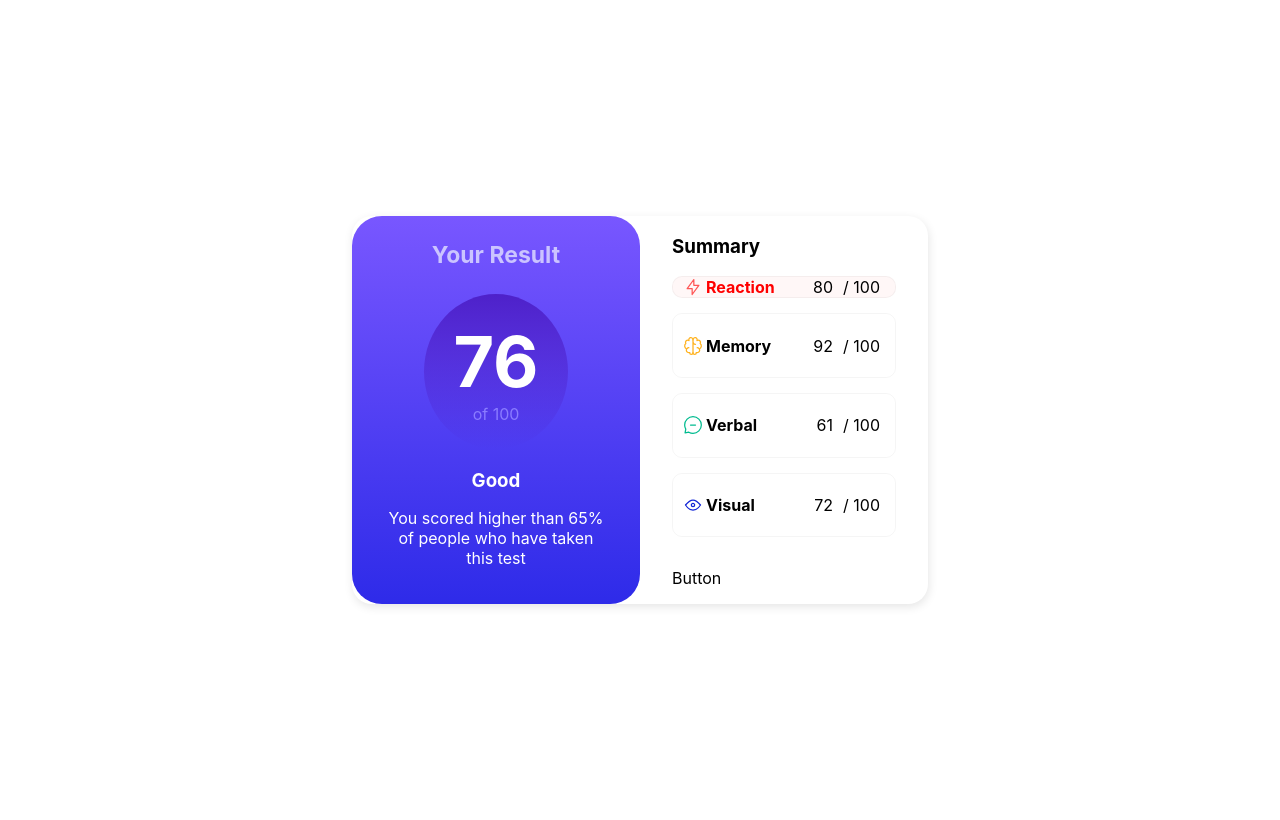
Repository: JeanPaulBassil/Result-Summary-Design
Page: /
The author's editor kept a copy of each file at every save. The page is drawn from the files as they stood at one save, then again after the next save.
The browser window is 1280 px wide. The pictures show the whole page.
The project was rebuilt for these pictures with package versions that can differ from the ones it lists, and the page was loaded fresh each time.

Above is the page before, as saved 2023-02-24 17:58:49.

### src/index.css
body {
  margin: 0;
  font-family: -apple-system, BlinkMacSystemFont, 'Segoe UI', 'Roboto', 'Oxygen',
    'Ubuntu', 'Cantarell', 'Fira Sans', 'Droid Sans', 'Helvetica Neue',
    sans-serif;
  -webkit-font-smoothing: antialiased;
  -moz-osx-font-smoothing: grayscale;
}

code {
  font-family: source-code-pro, Menlo, Monaco, Consolas, 'Courier New',
    monospace;
}

.app{
  width: 45vw;
  height: 50vh;
  box-shadow: 1px 3px 10px rgba(0, 0, 0, .1);
  border-radius: 20px;
  display: block;
  margin: 30vh auto;
  display: grid;
  grid-template-columns: 1fr 1fr;
  height: auto;
}

### src/App.js
import Result from "./Components/Result/Result"
import Summary from "./Components/Summary/Summary"

export default function App() {
    return (
        <div className="app">
            <Result />
            <Summary />
        </div>
    )
};

### src/Components/Result/Result.js
import Description from "../Description/Description";
import Grade from "../Grade/Grade";
import data from "../../data.json";
import "./Result.css"

export default function Result() {
    const score = Math.floor(data.reduce((totalGrade, category) => totalGrade + category.score , 0) / data.length)

    return (
        <div className="result">
            <h3>Your Result</h3>
            <Grade score={score}/>
            <Description score={score}/>
        </div>
    )
};

### src/Components/Summary/Summary.js
import data from "../../data.json"
import './Summary.css'

export default function Summary() {
    const summary = data.map(part => {
        return (
            <div className={`part ${part.color}`}>
                <div>
                    <img className="icon" src={part.icon} alt={part.category}/>
                    <h4>{part.category}</h4>
                </div>
                <div className="secGrade">
                    <p>{part.score}</p>
                    <p>/ 100</p>
                </div>
            </div>
        )
    })

    return (
        <div className="summary">
            <h3>Summary</h3>
            <div>
                {summary}
            </div>
            <p>Button</p>
        </div>
    )
};

### src/Components/Description/Description.js
import "./Description.css"

export default function Description({score}) {
    const performance = _ => {
        if (score >= 90) return ['Excellent', `You scored higher than 85% of people who have taken this test`]
        else if (score >= 80) return ['Great', `You scored higher than 75% of people who have taken this test`]
        else if (score >= 70) return ['Good', `You scored higher than 65% of people who have taken this test`]
        else if (score >= 60) return ['Not enough', `You're above nearly half the people who have taken this test`]
        else return ['Fail', `Most people who have taken this test passed over you`]
    }

    return (
        <div className="description">
            <h3>{performance()[0]}</h3>
            <p>{performance()[1]}</p>
        </div>
    )
};

### src/Components/Grade/Grade.js
import "./Grade.css"

export default function Grade({score}) {
    return (
        <div className="grade">
            <h1>{score}</h1>
            <p>of 100</p>
        </div>
    )
};

### src/data.json


[
  {
    "category": "Reaction",
    "score": 80,
    "icon": "./assets/images/icon-reaction.svg",
    "color": "red"
  },
  {
    "category": "Memory",
    "score": 92,
    "icon": "./assets/images/icon-memory.svg",
    "color": "yellow"
  },
  {
    "category": "Verbal",
    "score": 61,
    "icon": "./assets/images/icon-verbal.svg",
    "color": "green"
  },
  {
    "category": "Visual",
    "score": 72,
    "icon": "./assets/images/icon-visual.svg",
    "color": "blue"
  }
]

### src/Components/Result/Result.css
.result {
    display: grid;
    grid-template-rows: 1fr 2fr 2fr;
    align-items: center;
    justify-items: center;
    height: 100%;
    width: 100%;
    background-image: linear-gradient(to bottom,hsl(252, 100%, 67%), hsl(241, 81%, 54%));
    border-radius: 30px;
    color: white;
}

.result > h3 {
    font-size: 23px;
    color: #cbc4ff;
}

### src/Components/Summary/Summary.css
.part {
    display: flex;
    justify-content: space-between;
    border: 1px solid rgba(0, 0, 0, .04);
    margin-bottom: 15px;
    border-radius: 10px;
    padding: 0 10px;
}

.icon {
    margin-right: 3px
}

.summary {
    padding: 0 2rem;
    display: flex;
    flex-direction: column;
    justify-content: center;
}

.summary > h3 {
    align-self: flex-start;
}

.part > div {
    display: flex;
    align-items: center;
    justify-content: center;
}

.secGrade > p {
    /* display: inline; */
    margin: 0px 5px
}

.red {
    background-color: rgba(255, 0, 0, 0.03);
}
.red > div > h4 {
    margin: 0;
    color: red;
}

### src/Components/Description/Description.css
.description {
    display: flex;
    flex-direction: column;
    align-items: center;
    justify-content: center;
}

.description > p{
    inline-size: 220px;
    text-align: center;
}

.description > h3 {
    margin: 0;
}

### src/Components/Grade/Grade.css
.grade {
    display: flex;
    flex-direction: column;
    justify-content: center;
    align-items: center;
    background-image: linear-gradient(to bottom, hsla(256, 72%, 46%, 1), hsla(241, 72%, 46%, 0));
    border-radius: 50%;
    inline-size: 50%;
    block-size: 100%;
}

.grade > h1 {
    margin: 0;
    font-size: 70px;
}

.grade > p {
    margin: 0;
    color: #8a7cff;
}

Loaded but not shown: public/index.html (common file); src/index.js (common file)

After the next save:
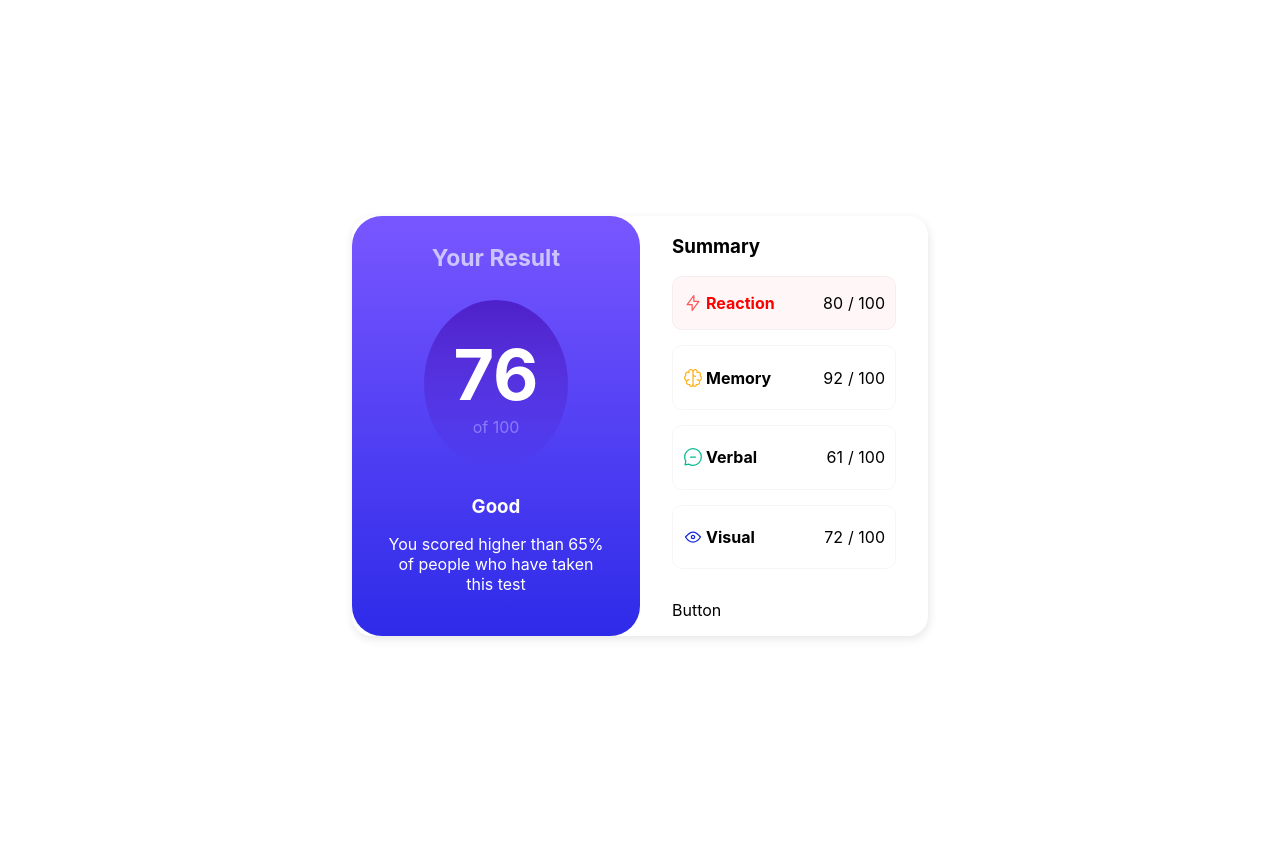
Saved 19 s later.
--- a/src/Components/Summary/Summary.css
+++ b/src/Components/Summary/Summary.css
@@ -30,7 +30,7 @@
 
 .secGrade > p {
     /* display: inline; */
-    margin: 0px 5px
+    margin-left: 5px;
 }
 
 .red {
